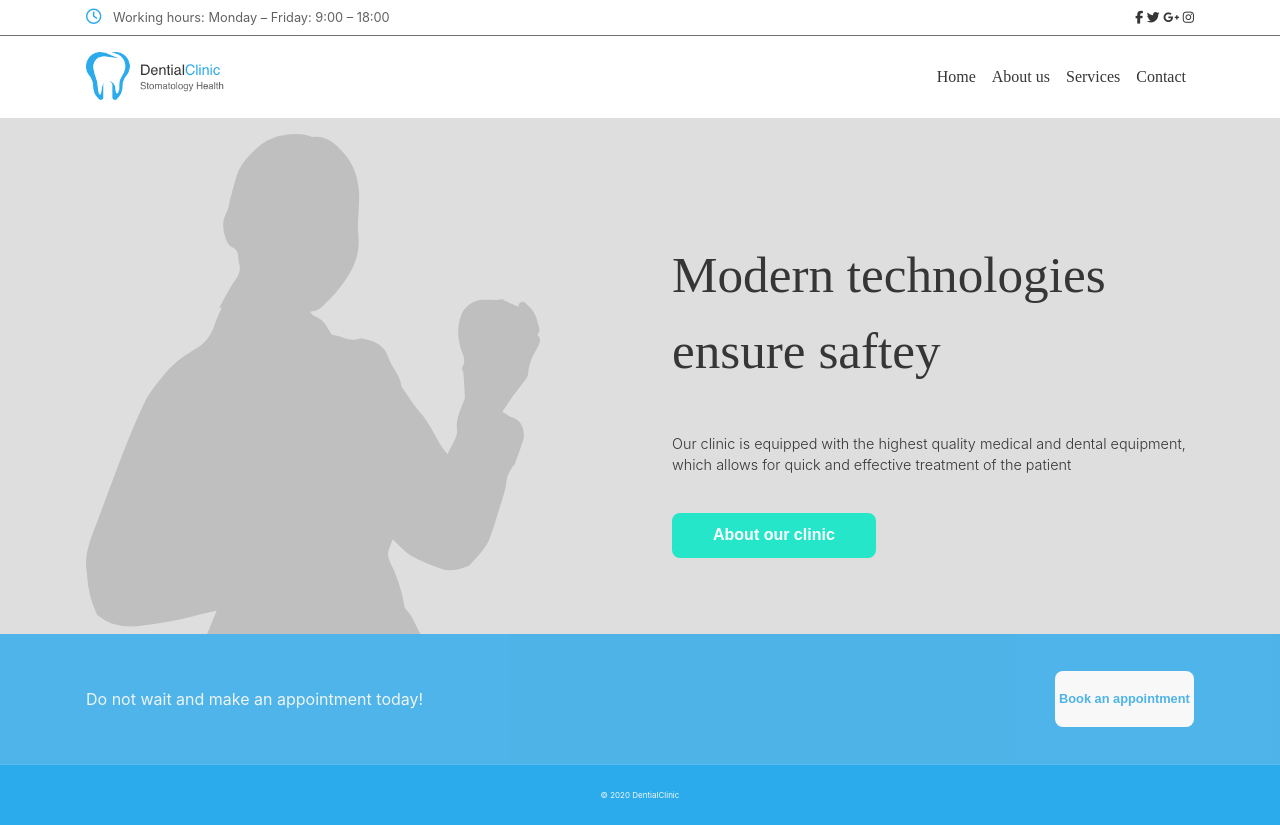
Repository: skepp4rn/uppgift1
Page: index.html
The author's editor kept a copy of each file at every save. The page is drawn from the files as they stood at one save, then again after the next save.
The browser window is 1280 px wide. The pictures show the whole page.
Some web libraries are served in a nearby version.

Above is the page before, as saved 2020-12-03 15:07:44.

### index.html
<!DOCTYPE html>
<html lang="en">
<head>
    <meta charset="UTF-8">
    <meta name="viewport" content="width=device-width, initial-scale=1.0">
    <title>Document</title>

    <script src="https://kit.fontawesome.com/0abbda2fd3.js" crossorigin="anonymous"></script>
    <link rel="stylesheet" href="style.css">
</head>
<body>

    <nav class="navbar-top collapse">
        <div class="container">
            <div class="hours">
                <i class="far fa-clock"></i>
                Working hours: Monday – Friday: 9:00 – 18:00
            </div>
            <div class="#">
                <a href="#"><i class="fab fa-facebook-f"></i></a>
                <a href="#"><i class="fab fa-twitter"></i></a>
                <a href="#"><i class="fab fa-google-plus-g"></i></a>
                <a href="#"><i class="fab fa-instagram"></i></a>
            </div>
        </div>
    </nav>

    <nav class="navbar ">
        <div class="container">
            <a class="navbar-brand" href="#" >
                <img src="images/Logo.png" alt="">
            </a>
            <button class="navbar-toggler">
                <i class="fas fa-bars"></i>
            </button>
            <div class="collapse navbar-collapse">
                <div class="navbar-nav">
                    <a class="nav-link" href="#">Home</a>
                    <a class="nav-link" href="#">About us</a>
                    <a class="nav-link" href="#">Services</a>
                    <a class="nav-link" href="#">Contact</a>
                </div>
            </div>
        </div>
    </nav>

    <section id="showcase" class="bg-gray">
        <div class="container">
            <img src="images/placehold-girl.svg" alt="">
            <div class="content-box">
                <div class="content">
                    <h1>Modern technologies ensure saftey</h1>
                    <p>Our clinic is equipped with the highest quality medical and dental equipment, which allows for quick and effective treatment of the patient</p>
                    <button class="btn btn-green">About our clinic</button>
                </div>
            </div>
        </div>
    </section>












   <div class="grid">
        <section id="appointment" class="bg-gray">
            <div class="bg-blue overlay">
                <div class="container">
                    <div class="center-content">
                        <p>Do not wait and make an appointment today!</p>
                        <button>Book an appointment</button>
                    </div>
                </div>
            </div>
        </section>
        <footer class="d-flex justify-content-center bg-blue">
            <p>© 2020 DentialClinic</p>
        </footer>
    </div>

</body>
</html>

### style.css
* {
    box-sizing: border-box;
}

html, body {
    font-weight: 400;
    font-family: -apple-system, BlinkMacSystemFont, 'Segoe UI', Roboto, Oxygen, Ubuntu, Cantarell, 'Open Sans', 'Helvetica Neue', sans-serif;
    line-height: 1.5;
    font-size: 16px;
    margin: 0;
    padding: 0;
    color: #626262;
}

.container {
    width: 100%;
    padding: 0 1rem;
    margin: 0 auto;
}

.border {
    border: 1px solid black;
}

a {
    color: #363636;
    text-decoration: none;
    background-color: transparent;
}

a:hover {
    color: #25E6C8;
}

.bg-dark {
   background: #333333;
   color: #ffffff;
}

.bg-light {
    background: #f7f7f7;
    color: #333333;
}

.bg-gray {
    background-color: #DEDEDE;

}



.btn {
    display: inline-block;
    font-weight: 400;
    text-align: center;
    vertical-align: middle;
    padding: 0.80rem 2.5rem;
    border-radius: 0.5rem;
    border: 1px solid transparent;
    background-color: transparent;
    font-size: 1rem;

}

.btn-green {
    color: #ffffff;
    background-color: #25E6C8;
    font-weight: bold;
    margin-top: 1.4rem;
    border-radius: 0.5rem;

}

.btn-green:hover {
    cursor: pointer;
    background-color: #2BAAEC;
}



.collapse:not(.show) {
    display: none;
}

.container {
    width: 100%;
    padding: 0 1rem;
    margin: 0 auto;
}

.navbar-top {
    border-bottom: 1px solid #707070;
}

.navbar, .navbar-top {
    display: flex;
    justify-content: space-between;
    padding: 0.5rem 1rem;
}

.navbar .container, .navbar-top .container {
    display: flex;
    justify-content: space-between;
    align-items: center;
}

.navbar-top .container {
    font-size: 0.8rem;
}

.navbar-top .container .hours {
    color:#626262;
}

.navbar-top .container .hours i {
    color: #2BAAEC;
    margin-right: 0.5rem;
    font-size: 1.2em;
}

.navbar-top .container .socialmedia a {
    margin: 0 0.5rem;

}

.navbar-brand {
    display: inline-block;
    font-size: 1.5rem;
    color: black;
    margin-right: 1rem;
}

.navbar-brand img {
    height: 3rem;
    margin-top: 0.5rem;
}


.navbar-toggler {
    font-size: 2.5rem;
    color:#2BAAEC;
    background-color: transparent;
    border: 1px solid transparent;
}

.navbar-collapse {
    align-items: center;
}

.navbar-nav {
    display: flex;
    flex-direction: column;
    font-family: 'Roboto Slab', serif;

}

.nav-link {
    padding: 0;
    text-decoration: none;
}



#showcase .container {
    display: grid;
    grid-template-columns: 1fr 1fr;
    column-gap: 4rem;

    align-items: center;
}

#showcase .container img {
    height: 500px;
    margin-top: 1rem;


}

#showcase .container .content-box {
    align-self: center;
    color: #363636;
    font-weight: 300;
}

.content-box .content h1 {
    font-size: 3.2rem;
    font-family: 'Roboto Slab', serif;
    font-weight: 300;

}

.content-box .content p {
    font-size: 0.9rem;
}




.d-flex {
    display: flex;
}

.justify-content-center {
    justify-content: center;
}

#appointment {
    color: #f3fbff;
}


.overlay {
    opacity: 80%;
    background-color: #2BAAEC;
}

.center-content {
    display: block;
    text-align: center;
    padding: 2.5rem 0;
}

.center-content button {
    display: inline-block;
    vertical-align: middle;
    padding: 0.5rem 0.2rem;
    border-radius: 0.5rem;
    border: 1px solid transparent;
    background-color: white;
    color: #2BAAEC;
    font-weight: bold;
    font-size: 0.8rem;
}


footer {
    border-top: 1px solid rgb(255, 255, 255, 0.2);
    background-color: #2BAAEC;
    color: #f3fbff;
    text-align: center;
    padding: 1rem 0rem;
    font-size: 0.5rem;
}






@media (min-width: 768px) {
    .container {
        max-width: 720px;
    }

    .center-content {
        display: flex;
        justify-content: space-between;
        padding: 2.3rem 0;
    }
}

@media (min-width: 1920px) {
    .container {
        max-width: 1880;
    }
}




@media (min-width: 768px) {
    .nav-link {
        padding-right: 0.5rem;
        padding-left: 0.5rem;
    }

    .navbar-nav {
        flex-direction: row;
    }

    .navbar-toggler {
        display: none;
    }

    .collapse:not(.show) {
        display: flex;
    }

    .container {
        max-width: 720px;
    }

}

@media (min-width: 992px) {
    .container {
        max-width: 960px;
    }
}

@media (min-width: 1200px) {
    .container {
        max-width: 1140px;
    }
}

After the next save:
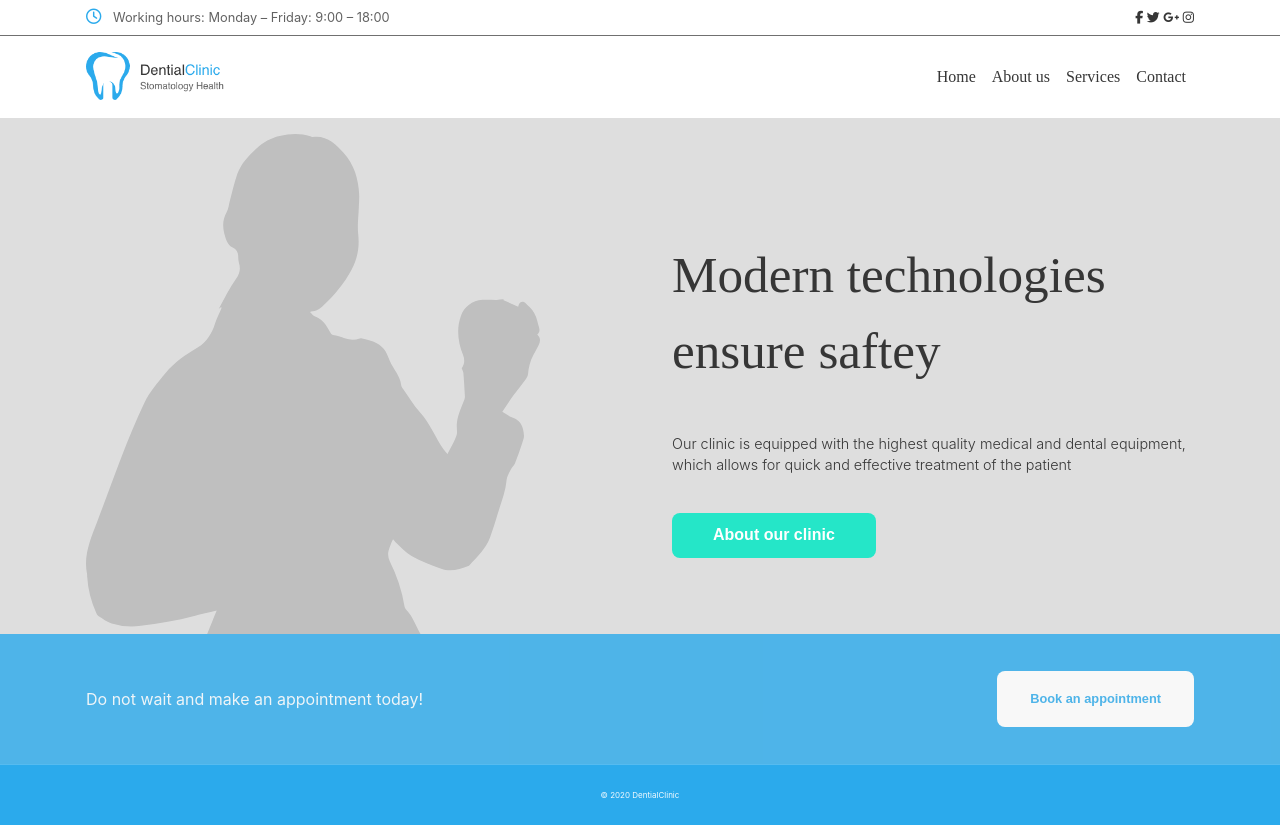
Saved 10 s later.
--- a/style.css
+++ b/style.css
@@ -223,7 +223,7 @@ a:hover {
 .center-content button {
     display: inline-block;
     vertical-align: middle;
-    padding: 0.5rem 0.2rem;
+    padding: 0.5rem 2rem;
     border-radius: 0.5rem;
     border: 1px solid transparent;
     background-color: white;
